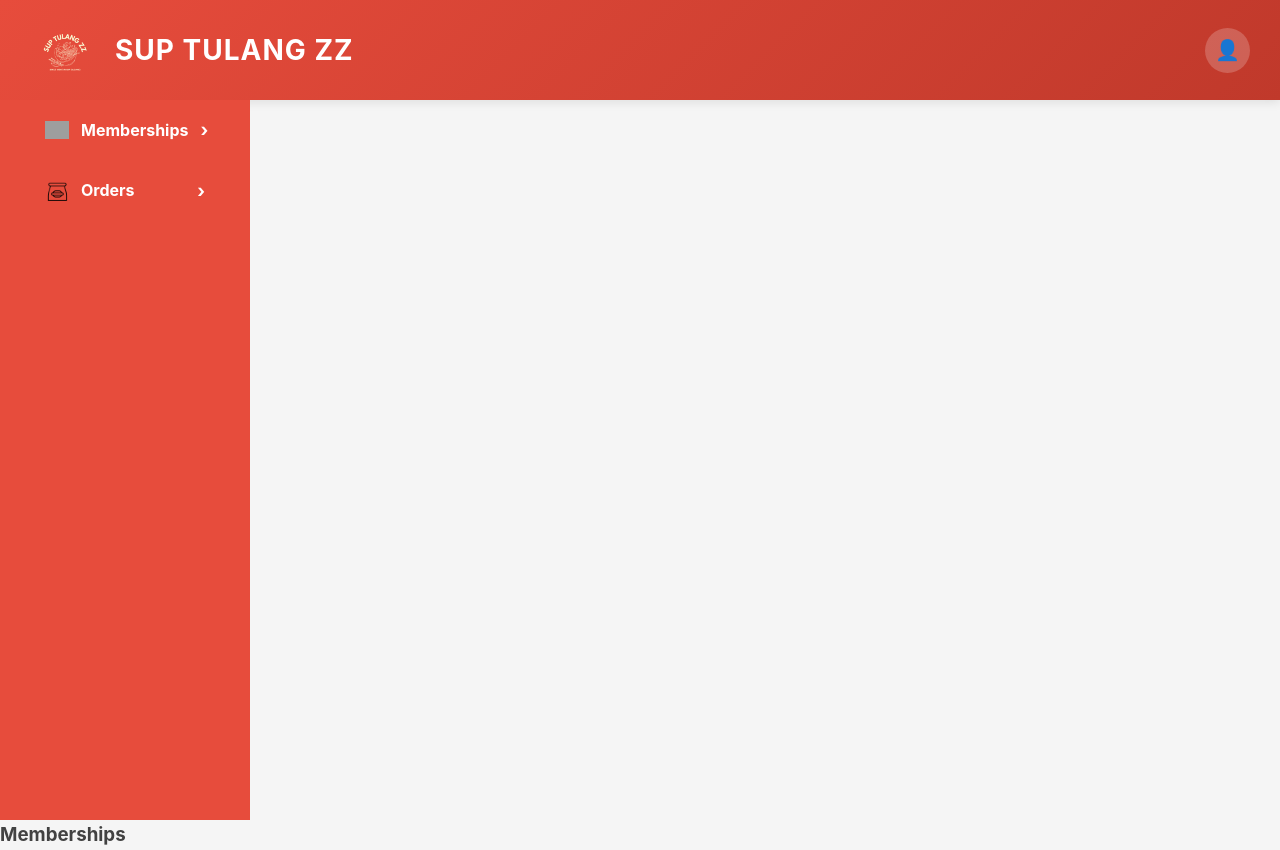
Repository: YIsheng2002/web-frontend
Page: view/Staff/dashboardstaff.html
The author's editor kept a copy of each file at every save. The page is drawn from the files as they stood at one save, then again after the next save.
The browser window is 1280 px wide. The pictures show the whole page.
Pictures or frames that could not be fetched are drawn as grey boxes.

Above is the page before, as saved 2025-06-12 13:58:01.

### view/Staff/dashboardstaff.html
<!DOCTYPE html>
<html lang="en">

<head>
    <meta charset="UTF-8">
    <meta name="viewport" content="width=device-width, initial-scale=1.0">
    <title>SUP TULANG ZZ</title>
    <link rel="stylesheet" href="../Staff/assets/css/main.css">
    <link rel="stylesheet" href="../../assets/css/main.css">
    <link rel="stylesheet" href="./assets/css/dashboardStaff.css">
    <script src="./assets/javascript/dashboardStaff.js"></script>

</head>

<body>
    <!-- Header -->
    <header class="header">
        <div class="logo-section">
            <img src="../../assets/images/logo.png" alt="Logo" class="logo">
            <h1 class="brand-name">SUP TULANG ZZ</h1>
        </div>

        <div class="user-menu">
            <div class="user-avatar" onclick="toggleDropdown()">
                👤
            </div>
            <div class="dropdown-menu" id="userDropdown">
                <a href="#" class="dropdown-item" onclick="showProfile()">
                    👤 Profile
                </a>
                <a href="#" class="dropdown-item" onclick="showSettings()">
                    ⚙️ Settings
                </a>
                <a href="#" class="dropdown-item" onclick="showOrders()">
                    📋 Orders
                </a>
                <a href="#" class="dropdown-item" onclick="showReports()">
                    📊 Reports
                </a>
                <hr style="margin: 8px 0; border: none; border-top: 1px solid #eee;">
                <a href="#" class="dropdown-item danger" onclick="logout()">
                    🚪 Logout
                </a>
            </div>
        </div>
    </header>
    <!-- Sidebar -->
    <div class="sidebar">
        <ul class="sidebar-menu">
            <li class="sidebar-item">
                <a href="#" class="sidebar-link" onclick="showMembership(event)">
                    <img src="./assets/images/membership.png" alt="Membership Icon" class="sidebar-icon">
                    <span class="sidebar-text">Memberships</span>
                    <span class="sidebar-arrow">›</span>
                </a>
            </li>
            <li class="sidebar-item">
                <a href="#" class="sidebar-link" onclick="showOrders(event)">
                    <img src="./assets/images/foodOrder.png" alt="Orders Icon" class="sidebar-icon">
                    <span class="sidebar-text">Orders</span>
                    <span class="sidebar-arrow">›</span>
                </a>
            </li>
        </ul>
    </div>
    <!-- Main Content -->
    <div class="main-content">
        <h3>Memberships</h3>

    </div>

</body>

</html>

### view/Staff/assets/css/main.css
* {
    margin: 0;
    padding: 0;
    box-sizing: border-box;
}

body {
    font-family: -apple-system, BlinkMacSystemFont, 'Segoe UI', Roboto, sans-serif;
    line-height: 1.6;
    color: #333;
    background-color: #f5f5f5;
}

.btn-primary {
    background: linear-gradient(135deg, #667eea 0%, #764ba2 100%);
    color: white;
    border: none;
    padding: 12px 24px;
    border-radius: 8px;
    font-size: 16px;
    font-weight: 600;
    cursor: pointer;
    transition: all 0.3s ease;
    width: 100%;
}

.btn-primary:hover {
    transform: translateY(-2px);
    box-shadow: 0 8px 25px rgba(102, 126, 234, 0.3);
}

.btn-primary:active {
    transform: translateY(0);
}

### assets/css/main.css
:root{
    --primary-color: #DE4345;
    --secondary-color: #F8FAD4;
    --white-color: #FFFFFF;
    --header-font-color: #212121;
    --header6-font-color: #424242;
    --light-red: #FF7877;
}

* {
    margin: 0;
    padding: 0;
    box-sizing: border-box;
}

body {
    font-family: -apple-system, BlinkMacSystemFont, 'Segoe UI', Roboto, sans-serif;
    line-height: 1.6;
    color: var(--header6-font-color);
    background-color: #f5f5f5;
}

.btn-primary {
    background: linear-gradient(135deg, var(--primary-color) 0%, var(--light-red) 100%);
    color: white;
    border: none;
    padding: 12px 24px;
    border-radius: 8px;
    font-size: 16px;
    font-weight: 600;
    cursor: pointer;
    transition: all 0.3s ease;
    width: 100%;
}

.btn-primary:hover {
    transform: translateY(-5px);
    box-shadow: 0 8px 25px rgba(253, 114, 92, 0.22);
}

.btn-primary:active {
    transform: translateY(0);
}

/* Header Styles */
.header {
    background: linear-gradient(135deg, #e74c3c, #c0392b);
    color: white;
    padding: 15px 30px;
    display: flex;
    justify-content: space-between;
    align-items: center;
    box-shadow: 0 2px 10px rgba(0,0,0,0.1);
}

.logo-section {
    display: flex;
    align-items: center;
    gap: 15px;
}

.logo {
    width: 70px;
    height: 70px;
    display: flex;
    align-items: center;
    justify-content: center;
    font-weight: bold;
    font-size: 18px;
}

.brand-name {
    font-size: 28px;
    font-weight: bold;
    letter-spacing: 1px;
}

### view/Staff/assets/css/dashboardStaff.css
/* User Menu */
.user-menu {
    position: relative;
}

.user-avatar {
    width: 45px;
    height: 45px;
    background: rgba(255, 255, 255, 0.2);
    border-radius: 50%;
    display: flex;
    align-items: center;
    justify-content: center;
    cursor: pointer;
    transition: all 0.3s ease;
    font-size: 20px;
}

.user-avatar:hover {
    background: rgba(255, 255, 255, 0.3);
    transform: scale(1.05);
}

.dropdown-menu {
    position: absolute;
    top: 100%;
    right: 0;
    background: white;
    border-radius: 12px;
    box-shadow: 0 10px 30px rgba(0, 0, 0, 0.15);
    padding: 12px 0;
    min-width: 180px;
    opacity: 0;
    visibility: hidden;
    transform: translateY(-10px);
    transition: all 0.3s ease;
    z-index: 1000;
    margin-top: 10px;
}

.dropdown-menu.show {
    opacity: 1;
    visibility: visible;
    transform: translateY(0);
}

.dropdown-item {
    display: block;
    padding: 12px 20px;
    color: #333;
    text-decoration: none;
    transition: background 0.3s ease;
    display: flex;
    align-items: center;
    gap: 10px;
}

.dropdown-item:hover {
    background: #f8f9fa;
}

.dropdown-item.danger:hover {
    background: #fee;
    color: #e74c3c;
}

/* Dashboard sidebar */
.sidebar {
    width: 250px;
    height: 100vh;
    background-color: #e74c3c;
}

.sidebar-menu {
    list-style: none;
    padding: 0;
    margin: 0;
}

.sidebar-item {
    display: flex;
    justify-content: center;
    width: 100%;
    padding: 4px 20px;
    color: #fff;
    text-decoration: none;
    align-items: center;
    gap: 10px;
    transition: background-color 0.3s ease;
}

/*
.sidebar-item:first-child {
  margin-top: 15px;
}
*/

.sidebar-link:hover {
    background-color: rgba(255, 255, 255, 0.1);
}

.sidebar-link {
    display: flex;
    align-items: center;
    justify-content: space-between;
    text-decoration: none;
    padding: 12px 20px;
    font-size: 16px;
    font-weight: bold;
    border-radius: 12px;
    transition: background-color 0.3s ease, color 0.3s ease;
    width: 200px;
    box-sizing: border-box;
    color: #fff;
    /* default text = white */
    background-color: transparent;
    /* default = no background */
}

.sidebar-link.active {
    background-color: #fff9c4;
    /* yellow container */
    color: #e74c3c;
    /* red text */
}

.sidebar-icon {
    width: 24px;
    height: 24px;
    object-fit: contain;
    margin-right: 12px;
    /* Space between icon and text */

}

.sidebar-text {
    flex-grow: 1;
    margin: 0px;
    /* Remove default margin */
    align-items: center;
    /* Center text vertically */
}

.sidebar-arrow {
    font-size: 18px;
    color: #fff;
    margin-left: 12px;
    /* Space between text and arrow */
}

### view/Staff/assets/javascript/dashboardStaff.js
// Dropdown functionality
function toggleDropdown() {
    const dropdown = document.getElementById('userDropdown');
    dropdown.classList.toggle('show');
}

// Close dropdown when clicking outside
document.addEventListener('click', function (event) {
    const userMenu = document.querySelector('.user-menu');
    const dropdown = document.getElementById('userDropdown');

    if (!userMenu.contains(event.target)) {
        dropdown.classList.remove('show');
    }
});

// Page navigation
/*
function showPage(pageId) {
    // Hide all pages
    document.querySelectorAll('.page').forEach(page => {
        page.classList.remove('active');
    });

    // Remove active class from all tabs
    document.querySelectorAll('.nav-tab').forEach(tab => {
        tab.classList.remove('active');
    });

    // Show selected page
    document.getElementById(pageId).classList.add('active');

    // Add active class to clicked tab
    event.target.classList.add('active');
}
    */
function showPage(pageId, event) {
    // Hide all pages
    document.querySelectorAll('.page').forEach(page => {
        page.classList.remove('active');
    });

    // Show selected page
    const targetPage = document.getElementById(pageId);
    if (targetPage) {
        targetPage.classList.add('active');
    }

    // Remove active class from both sidebar links and nav-tabs
    document.querySelectorAll('.sidebar-link, .nav-tab').forEach(link => {
        link.classList.remove('active');
    });

    // Add active to clicked one
    if (event) {
        event.currentTarget.classList.add('active');
    }
}



// User menu actions
function showProfile() {
    alert('Profile page - Coming soon!');
    toggleDropdown();
}

function showSettings() {
    alert('Settings page - Coming soon!');
    toggleDropdown();
}

function showOrders(event) {
    showPage('current-orders', event);
    toggleDropdown();
}


function showReports() {
    showPage('analytics');
    document.querySelector('[onclick="showPage(\'analytics\')"]').classList.add('active');
    toggleDropdown();
}

function logout() {
    if (confirm('Are you sure you want to logout?')) {
        // Add logout logic here
        alert('Logged out successfully!');
        // Redirect to login page
        // window.location.href = '/login.html';
    }
    toggleDropdown();
}

function showMembership(event){
    showPage('membership', event);
    toggleDropdown();
}

After the next save:
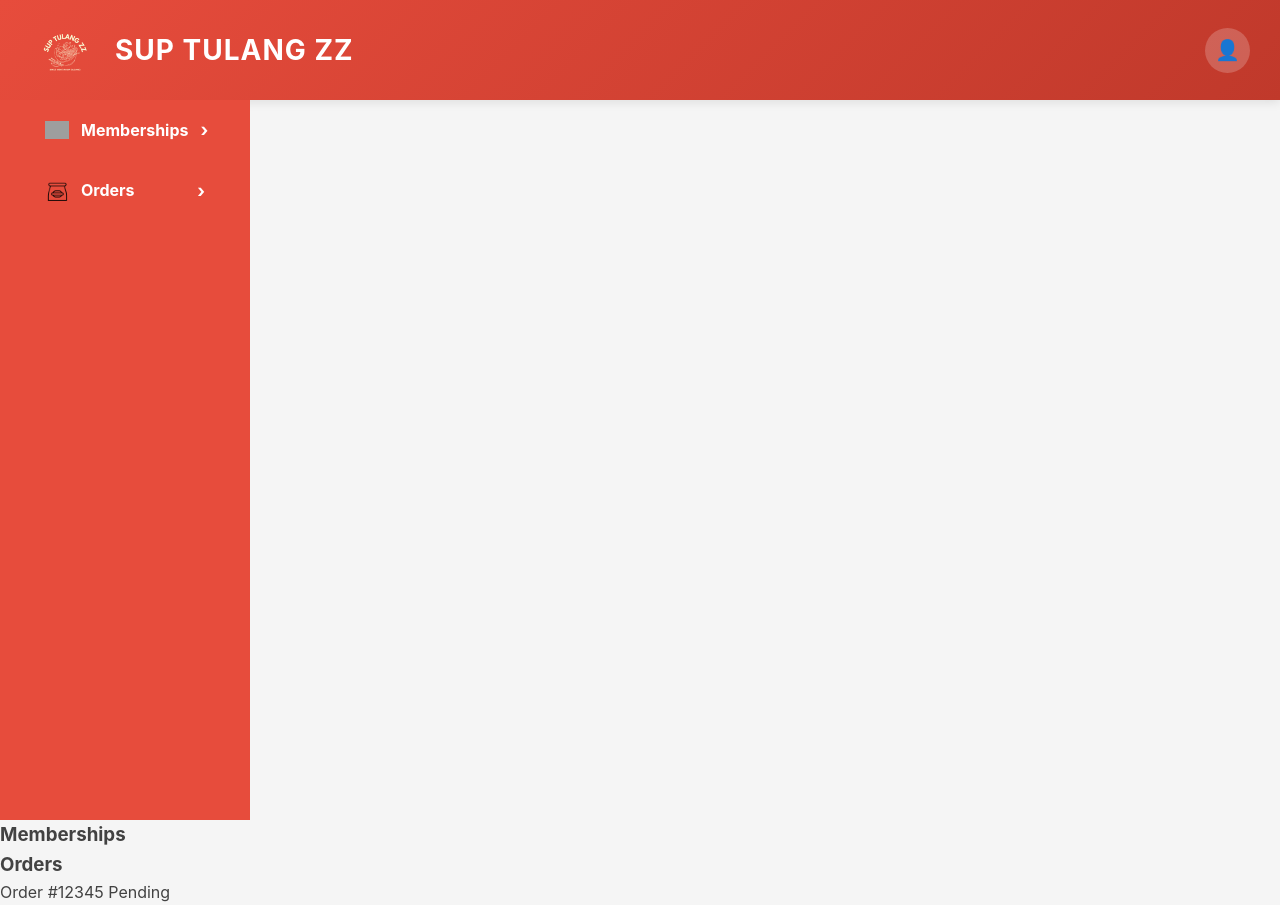
Saved 4 min 28 s later.
--- a/view/Staff/dashboardstaff.html
+++ b/view/Staff/dashboardstaff.html
@@ -64,11 +64,20 @@
         </ul>
     </div>
     <!-- Main Content -->
-    <div class="main-content">
+    <div class="main-content active">
         <h3>Memberships</h3>
 
     </div>
-
+    <div class="main-content">
+        <h3>Orders</h3>
+        <div class="order-list">
+            <div class="order-item">
+                <span class="order-id">Order #12345</span>
+                <span class="order-status">Pending</span>
+            </div>
+            <div class="order-item">
+            </div>
+    </div>
 </body>
 
 </html>
